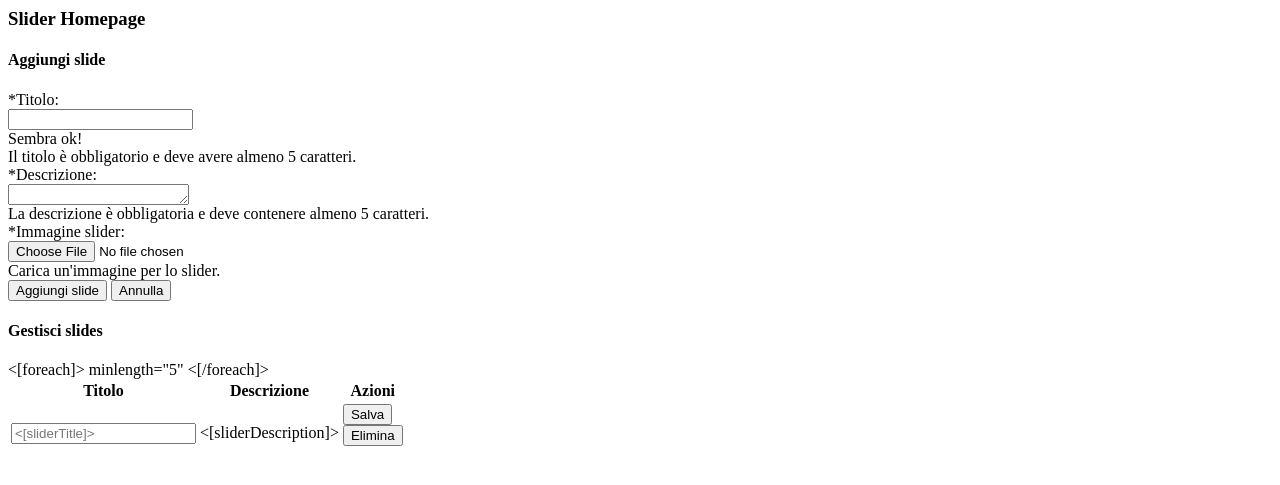
Repository: i4c0ni99/MotorShop
Page: skins/multikart_all_in_one/back-end/home-customizer.html
An editor plug-in stored every save of this project. The page is shown before and after a run of saves, followed by the edit.
The browser window is 1280 px wide. The pictures show the whole page.

Above is the page before, as saved 2024-10-31 19:15:56.

### skins/multikart_all_in_one/back-end/home-customizer.html
<div class="page-body">
    <!-- Container-fluid starts-->
    <div class="container-fluid">
        <div class="page-header">
            <div class="row">
                <div class="col-lg-6">
                    <div class="page-header-left">
                        <h3>Slider Homepage</h3>
                    </div>
                </div>
            </div>
        </div>
    </div>
    <!-- Container-fluid Ends-->

    <!-- Container-fluid starts-->
    <div class="container-fluid">
        <div class="row">
            <div class="col-sm-12">
                <div class="card">
                    <div class="card-body">
                        <div class="row product-adding">
                            <div class="col-xl-7">
                                <form class="needs-validation add-slider-form" novalidate method="post" enctype="multipart/form-data" action="/MotorShop/home-customizer.php">
                                    <div class="form">
                                        <h4>Aggiungi slide</h4>
                                        <div class="form-group mb-3 row">
                                            <label for="title" class="col-xl-3 col-sm-4 mb-0"><span>*</span>Titolo:</label>
                                            <div class="col-xl-8 col-sm-7">
                                                <input class="form-control" id="title" type="text" name="title" pattern=".{5,}" minlength="2" title="Il titolo deve avere almeno 5 caratteri" required="true">
                                                <div class="valid-feedback">Sembra ok!</div>
                                                <div class="invalid-feedback">Il titolo è obbligatorio e deve avere almeno 5 caratteri.</div>
                                            </div>
                                        </div>
                                    </div>
                                    <div class="form">
                                        <div class="form-group mb-3 row">
                                            <label for="description" class="col-xl-3 col-sm-4"><span>*</span>Descrizione:</label>
                                            <div class="col-xl-8 col-sm-7 description-sm">
                                                <textarea id="description" name="description" class="form-control" style="resize: vertical;" rows="1" minlength="5" maxlength="255" required="true"></textarea>
                                                <div class="invalid-feedback">La descrizione è obbligatoria e deve contenere almeno 5 caratteri.</div>
                                            </div>
                                        </div>

                                        <div class="form-group mb-3 row">
                                            <label for="productImage" class="col-xl-3 col-sm-4 mb-0"><span>*</span>Immagine slider:</label>
                                            <div class="col-xl-8 col-sm-7">
                                                <input class="form-control-file" id="image" value="<[image]>" type="file" name="image" accept="image/*" required="true" >
                                                <div class="invalid-feedback offset-sm-4 offset-xl-3">Carica un'immagine per lo slider.</div>
                                            </div>
                                        </div>

                                        <div class="offset-xl-3 offset-sm-4 mt-4">
                                            <button type="submit" name="submit" class="btn btn-primary">Aggiungi slide</button>
                                            <button type="reset" class="btn btn-light">Annulla</button>
                                        </div>

                                    </div>
                                </form>
                                <div>
                                </div>
                            </div>
                        </div>
                    </div>
                </div>
            </div>
        </div>
    </div>
    <!-- Container-fluid Ends-->

<!-- Container-fluid starts-->
<div class="container-fluid">
    <div class="row">
        <div class="col-sm-12">
            <div class="card">
                <div class="card-header">
                    <b><h4>Gestisci slides</h4></b>
                </div>
                <div class="card-body">
                    <div class="table-responsive table-desi">
                        <table class="display table table-striped" id="basic-1">
                            <thead>
                                <tr>
                                    <th>Titolo</th>
                                    <th>Descrizione</th>
                                    <th>Azioni</th>
                                </tr>
                            </thead>
                            <tbody>
                                <!-- Ciclo per le slide -->
                                <[foreach]>
                                <tr data-row-id="<[sliderId]>">
                                    <form method="post" action="/MotorShop/home-customizer.php">minlength="5"
                                    <td><input type="text" name="title" placeholder="<[sliderTitle]>" pattern=".{5,}" minlength="2" required="true"></td>
                                    <td><[sliderDescription]></td>
                                    <td><input type="hidden" name="sliderId" value="<[sliderId]>">
                                    <button type="submit" name="edit" class="btn btn-primary btn-block">Salva</button>
                                    </form>
                                        <form method="post" action="/MotorShop/home-customizer.php">
                                            <input type="hidden" name="sliderId" value="<[sliderId]>">
                                            <button type="submit" name="delete" class="btn btn-danger">Elimina</button>
                                        </form>
                                    </td>
                                </tr>
                                <[/foreach]>
                            </tbody>
                        </table>
                    </div>
                </div>
            </div>
        </div>
    </div>
</div>
<!-- Container-fluid Ends-->

</div>

After the next 3 saves:
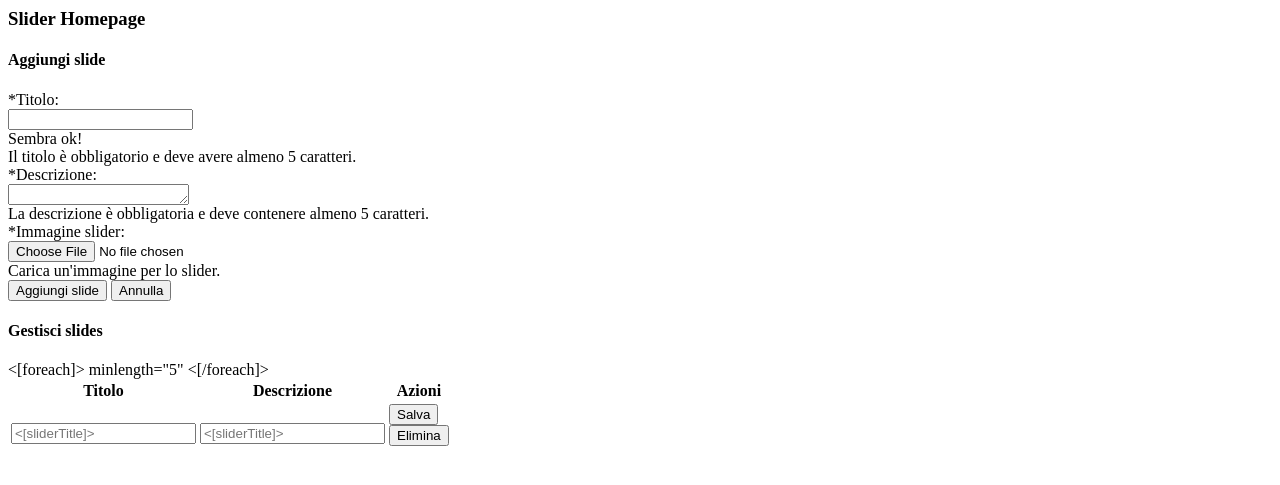
The 3 saves are shown as one change because they came seconds apart.
The last was saved 10 s later.
--- a/skins/multikart_all_in_one/back-end/home-customizer.html
+++ b/skins/multikart_all_in_one/back-end/home-customizer.html
@@ -91,8 +91,8 @@
                                 <[foreach]>
                                 <tr data-row-id="<[sliderId]>">
                                     <form method="post" action="/MotorShop/home-customizer.php">minlength="5"
-                                    <td><input type="text" name="title" placeholder="<[sliderTitle]>" pattern=".{5,}" minlength="2" required="true"></td>
-                                    <td><[sliderDescription]></td>
+                                        <td><input type="text" name="title" placeholder="<[sliderTitle]>" pattern=".{5,}" minlength="2" required="true"></td>
+                                        <td><input type="text" name="title" placeholder="<[sliderTitle]>" pattern=".{5,}" minlength="2" required="true"></td>
                                     <td><input type="hidden" name="sliderId" value="<[sliderId]>">
                                     <button type="submit" name="edit" class="btn btn-primary btn-block">Salva</button>
                                     </form>
